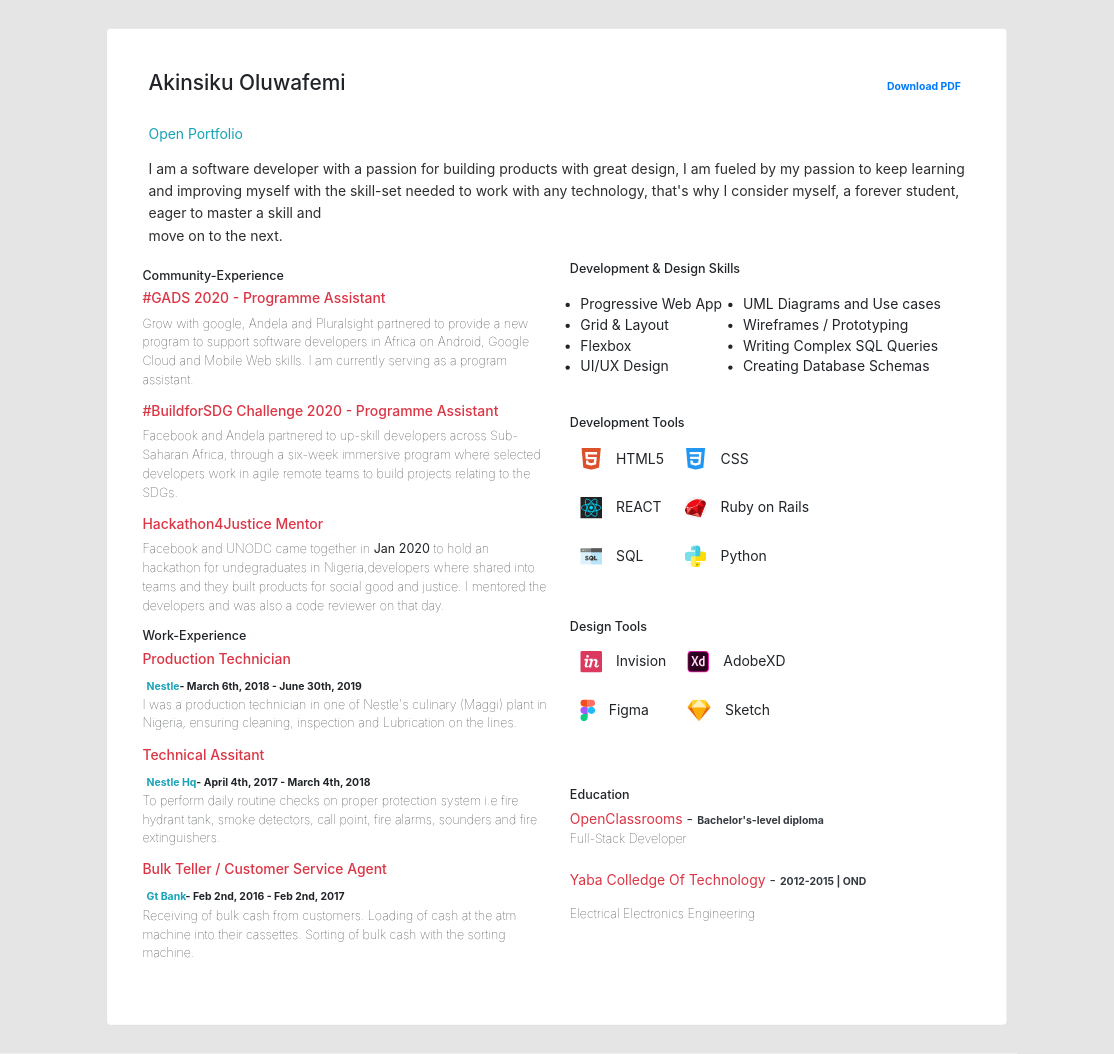
Repository: akinsikuoluwafemi/resume
Page: index.html
These files come from the project's save history. The page is drawn as it stood at one moment and after the next save; the edit follows.
The browser window is 1280 px wide. The pictures show the whole page, at 87% of full size.
The style sheet was rebuilt from its Sass, Less or Tailwind sources for each picture, by a compiler version that may differ from the author's.

Above is the page before, as saved 2020-08-03 19:02:03.

### index.html
<!DOCTYPE html>
<html lang="en">

<head>
    <meta charset="UTF-8">
    <meta name="viewport" content="width=device-width, initial-scale=1.0">
    <meta http-equiv="X-UA-Compatible" content="ie=edge">
    <link rel="shortcut icon" type="image/png" href="./images/new-photo.png">

    <link rel="stylesheet" href="https://stackpath.bootstrapcdn.com/bootstrap/4.3.1/css/bootstrap.min.css" integrity="sha384-ggOyR0iXCbMQv3Xipma34MD+dH/1fQ784/j6cY/iJTQUOhcWr7x9JvoRxT2MZw1T"
        crossorigin="anonymous" />
    <link rel="stylesheet" href="./resume.css">

    <title>Akinsiku Oluwafemi - Software Developer</title>
</head>

<body>

   <div class="col-sm-12 col-lg-10 m-auto">
       <!--  -->
        <div class="p-c container border px-3 py-4 px-lg-5 py-lg-5 ">
            <header class="row">
                <div class="col d-flex align-items-center">
                    <h4 class="header__name mr-auto">Akinsiku Oluwafemi</h4>
                    <a href="./images/newresume.pdf" download="Femi_Akinsiku_resume.pdf" class="badge">Download PDF</a>
                </div>
            </header>
            <div class="row mt-4">
                <a href="https://femiakin.com/" target="_blank" class="col text-info">Open Portfolio</a>
            </div>

            <div class="row mt-3">
                <div class="col">
                    <p class="intro">I am a software developer with a passion for building products with great design, I am
                        fueled by my passion to keep learning and improving myself with the skill-set needed to work with
                        any
                        technology,
                        that's why I consider myself, a forever student, eager to master a skill and <br /> move on to the
                        next. </p>
                </div>
            </div>


            <div class="row">

                <div class="col col-lg-6 p-2  ">
                    <div>
                        <h5 class="item__header">Community-Experience</h5>

                        <h6 class="item__job text-danger">#GADS 2020 - Programme Assistant </h6>
                        <p class="item__description">Grow with google, Andela and Pluralsight partnered to provide a new
                            program to support
                            software developers in Africa on Android, Google Cloud and Mobile Web skills. I am currently
                            serving as a
                            program assistant.</p>

                    </div>

                    <div>



                        <h6 class="item__job text-danger">#BuildforSDG Challenge 2020 - Programme Assistant </h6>


                        <p class="item__description">Facebook and Andela partnered to up-skill developers across
                            Sub-Saharan
                            Africa,
                            through a six-week immersive program where selected developers work in agile remote
                            teams to build projects relating to the SDGs.
                        </p>

                    </div>

                    <div>
                        <h6 class="item__job text-danger">Hackathon4Justice Mentor</h6>
                        <p class="item__description">Facebook and UNODC came together in <strong>Jan 2020</strong> to hold
                            an
                            hackathon for
                            undegraduates in Nigeria,developers where shared into teams and they built products for social
                            good
                            and justice. I mentored the developers and was
                            also a code reviewer on that day.
                        </p>
                    </div>


                    <!-- here -->
                    <div>
                        <h5 class="item__header">Work-Experience</h5>
                        <h6 class="item__job text-danger">Production Technician</h6>
                        <span class="badge"><span class="text-info">Nestle</span>- March 6th, 2018 - June 30th, 2019 </span>
                        <p class="item__description">I was a production technician in one of Nestle's culinary (Maggi)
                            plant in
                            Nigeria,
                            ensuring cleaning, inspection and Lubrication on the lines.</p>

                    </div>
                    <div>
                        <h6 class="item__job text-danger">Technical Assitant</h6>
                        <span class="badge"><span class="text-info">Nestle Hq</span>- April 4th, 2017 - March 4th, 2018</span>
                        <p class="item__description">To perform daily routine checks on proper protection system i.e fire
                            hydrant tank,
                            smoke detectors, call point, fire
                            alarms, sounders and fire extinguishers.
                        </p>

                    </div>
                    <div>
                        <h6 class="item__job text-danger">Bulk Teller / Customer Service Agent</h6>
                        <span class="badge"><span class="text-info">Gt Bank</span>- Feb 2nd, 2016 - Feb 2nd, 2017 </span>
                        <p class="item__description">Receiving of bulk cash from customers.
                            Loading of cash at the atm machine into their cassettes.
                            Sorting of bulk cash with the sorting machine.</p>

                    </div>
                    <!-- here2 -->


                </div>
                <div class="col col-lg-6 ">

                    <div>
                        <h5 class="item__header ">Development & Design Skills</h5>
                        <div class="d-flex ">
                            <ul class="list__item">
                                <li>Progressive Web App</li>
                                <li>Grid & Layout</li>
                                <li>Flexbox</li>
                                <li>UI/UX Design</li>


                            </ul>
                            <ul class="list__item">
                                <li>UML Diagrams and Use cases</li>
                                <li>Wireframes / Prototyping</li>
                                <li>Writing Complex SQL Queries</li>
                                <li>Creating Database Schemas</li>



                            </ul>
                        </div>


                    </div>

                    <div class="item__container">
                        <h5 class="item__header">Development Tools</h5>
                        <div class="d-flex ">
                            <ul class="list__item">
                                <div class="d-flex  mb-3">
                                    <img src="./images/html5.svg" />
                                    <p class="ml-3">HTML5</p>
                                </div>
                                <div class="d-flex  mb-3">
                                    <img src="./images/react-1.svg" />
                                    <p class="ml-3">REACT</p>
                                </div>
                                <div class="d-flex ">
                                    <img src="./images/sql.svg" />
                                    <p class="ml-3">SQL</p>
                                </div>

                            </ul>
                            <ul class="list__item ">
                                <div class="d-flex  mb-3">
                                    <img src="./images/css-3.svg" />
                                    <p class="ml-3">CSS</p>
                                </div>
                                <div class="d-flex  mb-3">
                                    <img src="./images/ruby.svg" />
                                    <p class="ml-3">Ruby on Rails</p>
                                </div>
                                <div class="d-flex ">
                                    <img src="./images/python.svg" />
                                    <p class="ml-3">Python</p>
                                </div>


                            </ul>
                        </div>


                    </div>

                    <!-- here -->

                    <div class="item__contain">
                        <h5 class="item__header">Design Tools</h5>
                        <div class="d-flex ">
                            <ul class="list__item">
                                <div class="d-flex mb-3">
                                    <img src="./images/invision.svg" />
                                    <p class="ml-3">Invision</p>
                                </div>
                                <div class="d-flex ">
                                    <img src="./images/figma-1.svg" />
                                    <p class="ml-3">Figma</p>
                                </div>

                            </ul>
                            <ul class="list__item ">
                                <div class="d-flex  mb-3 ">
                                    <img src="./images/adobe-xd-1.svg" />
                                    <p class="ml-3">AdobeXD</p>
                                </div>
                                <div class="d-flex ">
                                    <img src="./images/sketch-2.svg" />
                                    <p class="ml-3">Sketch</p>
                                </div>


                            </ul>
                        </div>


                    </div>
                    <div>
                        <h5 class="item__header">Education</h5>
                        <a href="https://www.francecompetences.fr/recherche/rncp/27099/" class="text-danger text-info">OpenClassrooms
                            <span class="text-dark">-</span><span class="badge text-dark">Bachelor's-level diploma</span></a>
                        <p class="item__description ">Full-Stack Developer</p>

                        <p class="text-danger pt-2">Yaba Colledge Of Technology <span class="text-dark">-</span><span class="badge text-dark">2012-2015
                                | OND</span></p>
                        <p class="item__description ">Electrical Electronics Engineering</p>


                    </div>



                </div>

            </div>


        </div>

        <!--  -->
   </div>










    <script src="https://code.jquery.com/jquery-3.3.1.slim.min.js" integrity="sha384-q8i/X+965DzO0rT7abK41JStQIAqVgRVzpbzo5smXKp4YfRvH+8abtTE1Pi6jizo"
        crossorigin="anonymous"></script>
    <script src="https://cdnjs.cloudflare.com/ajax/libs/popper.js/1.14.7/umd/popper.min.js" integrity="sha384-UO2eT0CpHqdSJQ6hJty5KVphtPhzWj9WO1clHTMGa3JDZwrnQq4sF86dIHNDz0W1"
        crossorigin="anonymous"></script>
    <script src="https://stackpath.bootstrapcdn.com/bootstrap/4.3.1/js/bootstrap.min.js" integrity="sha384-JjSmVgyd0p3pXB1rRibZUAYoIIy6OrQ6VrjIEaFf/nJGzIxFDsf4x0xIM+B07jRM"
        crossorigin="anonymous"></script>
</body>

</html>

### resume.scss


body {
    background-color: #E5E5E5;

    -webkit-font-smoothing: antialiased;
  -moz-osx-font-smoothing: grayscale;
}

.container {
    margin: 2rem auto;
    background-color: white;
    border-radius: .3rem;
}

.intro {
    font-size: 1rem;
    color: rgba(0,0,0,0.82);
    line-height: 1.6rem;
}


.text-info:hover{
    text-decoration: none;
}

img {
    height: 25px;
}



.item {

     &__contain {
        margin-bottom: 2rem!important;
        // background: red;
    }

    &__container {
        margin: 1rem 0!important;
    }

    &__dev {
         font-size: .9rem;
        margin-bottom: 1rem;
    }

    &__header {
        font-size: .9rem;
        margin-bottom: .5rem;
    }

    &__description {
        font-weight: 100;
        font-size: .9rem;
    }

}


.list__item {
    padding: 12px;
}

@media (max-width: 576px) {
    br {
        display: none;
    }
 }

After the next save:
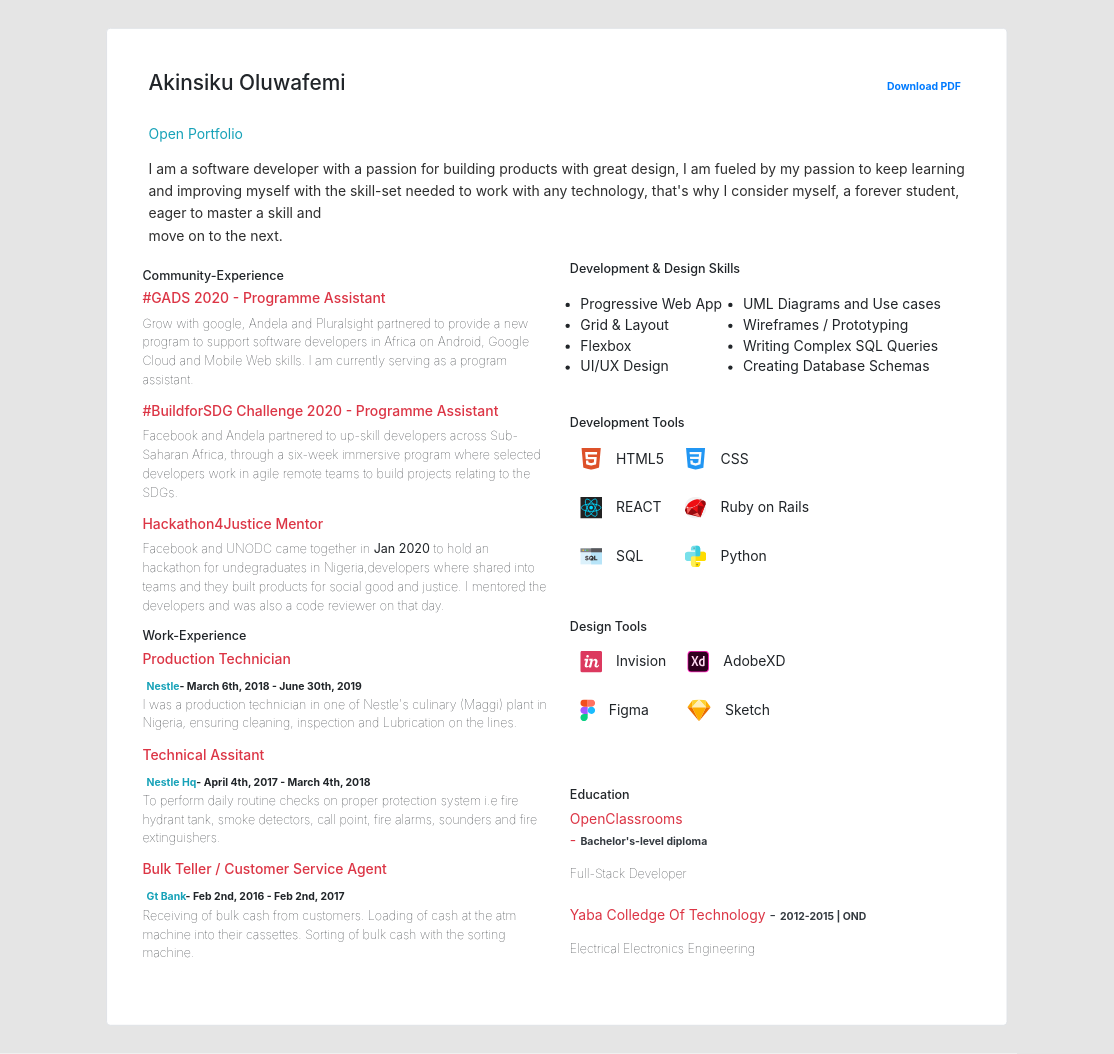
Saved 33 s later.
--- a/index.html
+++ b/index.html
@@ -219,7 +219,7 @@
                     <div>
                         <h5 class="item__header">Education</h5>
                         <a href="https://www.francecompetences.fr/recherche/rncp/27099/" class="text-danger text-info">OpenClassrooms
-                            <span class="text-dark">-</span><span class="badge text-dark">Bachelor's-level diploma</span></a>
+                            <p class="text-dark">-</span><span class="badge text-dark">Bachelor's-level diploma</span></a>
                         <p class="item__description ">Full-Stack Developer</p>
 
                         <p class="text-danger pt-2">Yaba Colledge Of Technology <span class="text-dark">-</span><span class="badge text-dark">2012-2015
